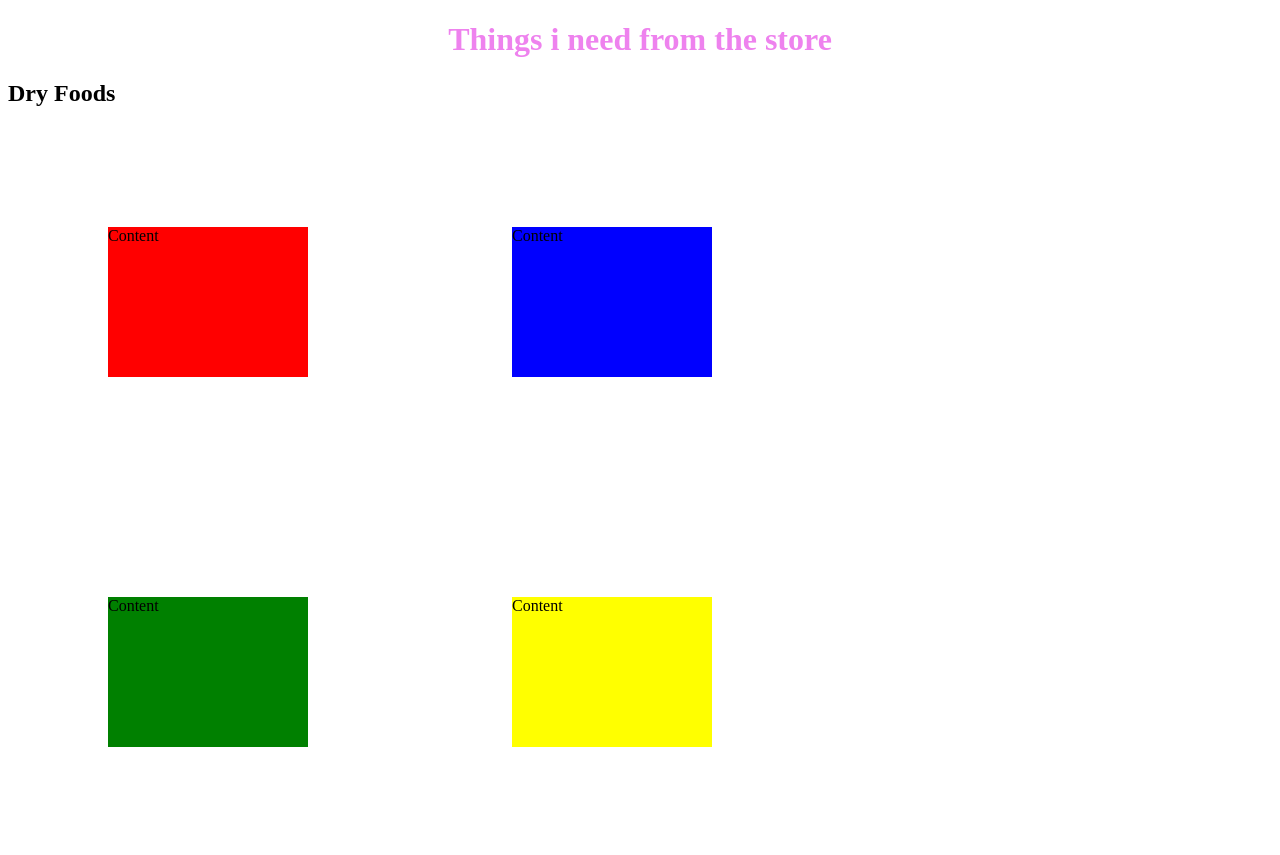
Repository: TheTroyPhillips/Block14
Page: Coursework/Block06/index.html
An editor plug-in stored every save of this project. The page is shown before and after the next save, followed by the edit.
The browser window is 1280 px wide. The pictures show the whole page.

Above is the page before, as saved 2023-08-29 17:25:57.

After the next save:
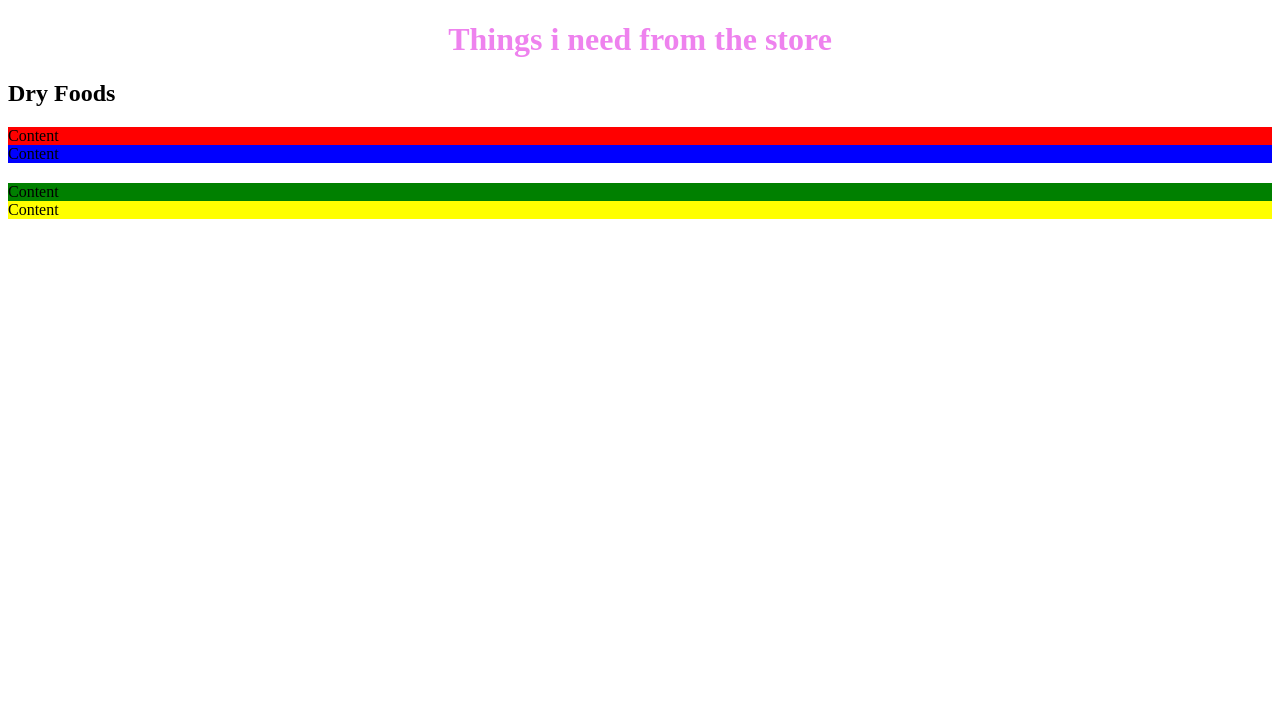
Saved 7 s later.
--- a/Coursework/Block06/styles.css
+++ b/Coursework/Block06/styles.css
@@ -2,6 +2,7 @@
     color: violet;
     text-align: center;
 }
+h2
 .Box{
     width: 200px;
     height:150px;

After the save that followed:
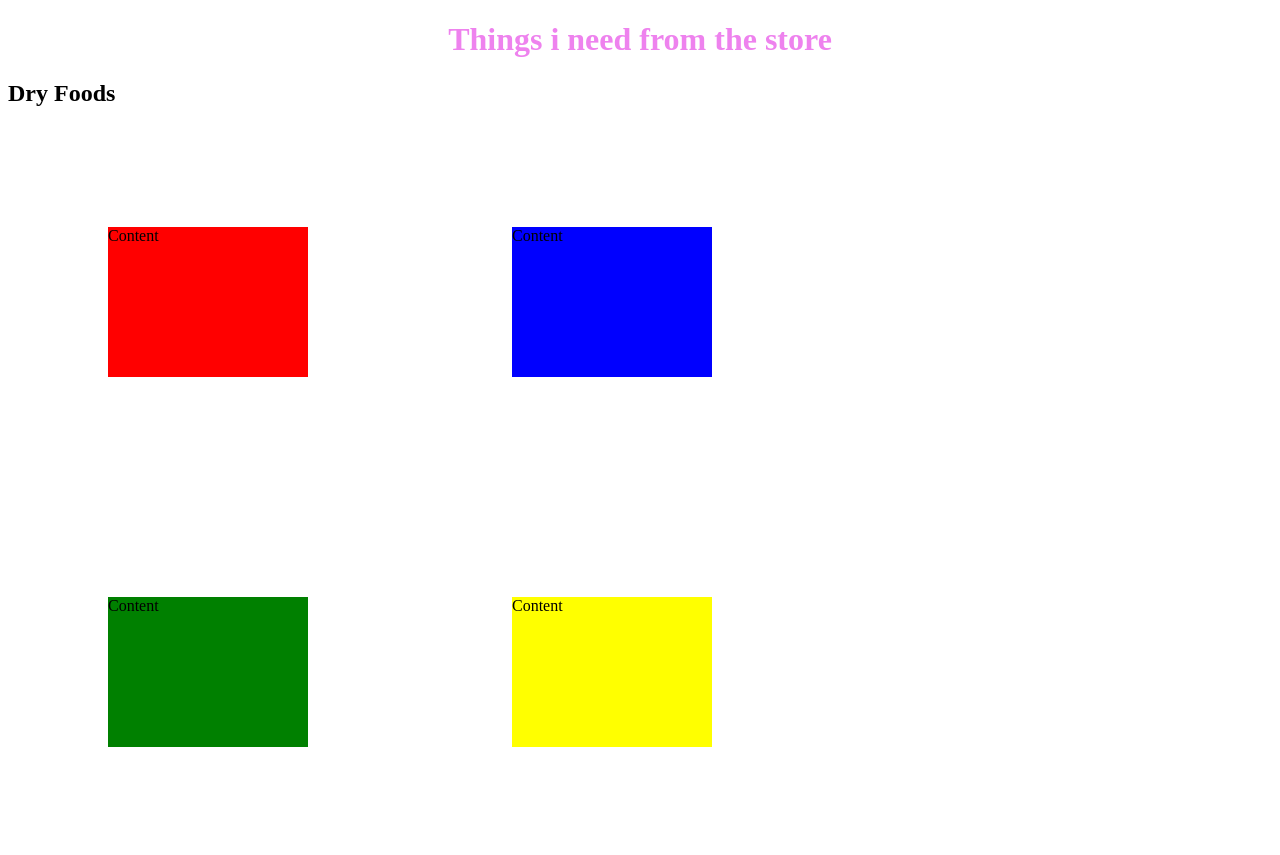
Saved 5 s later.
--- a/Coursework/Block06/styles.css
+++ b/Coursework/Block06/styles.css
@@ -2,7 +2,7 @@
     color: violet;
     text-align: center;
 }
-h2
+
 .Box{
     width: 200px;
     height:150px;
